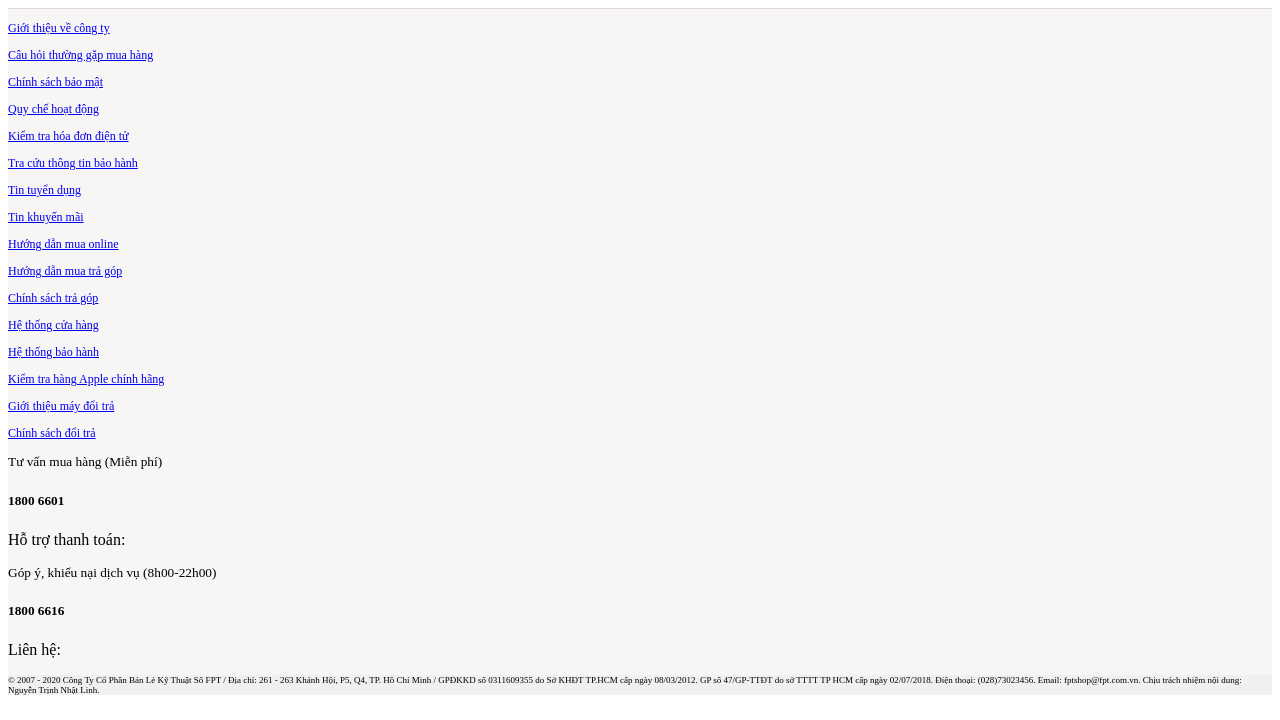
Repository: surface1999/javaweb
Page: http://localhost/BookStore/footer.jsp
These files come from the project's save history. The page is drawn as it stood at one moment and after the next save; the edit follows.
The browser window is 1280 px wide. The pictures show the whole page.
The page is served by Tomcat 9.

Above is the page before, as saved 2020-11-23 03:04:37.

After the next save:
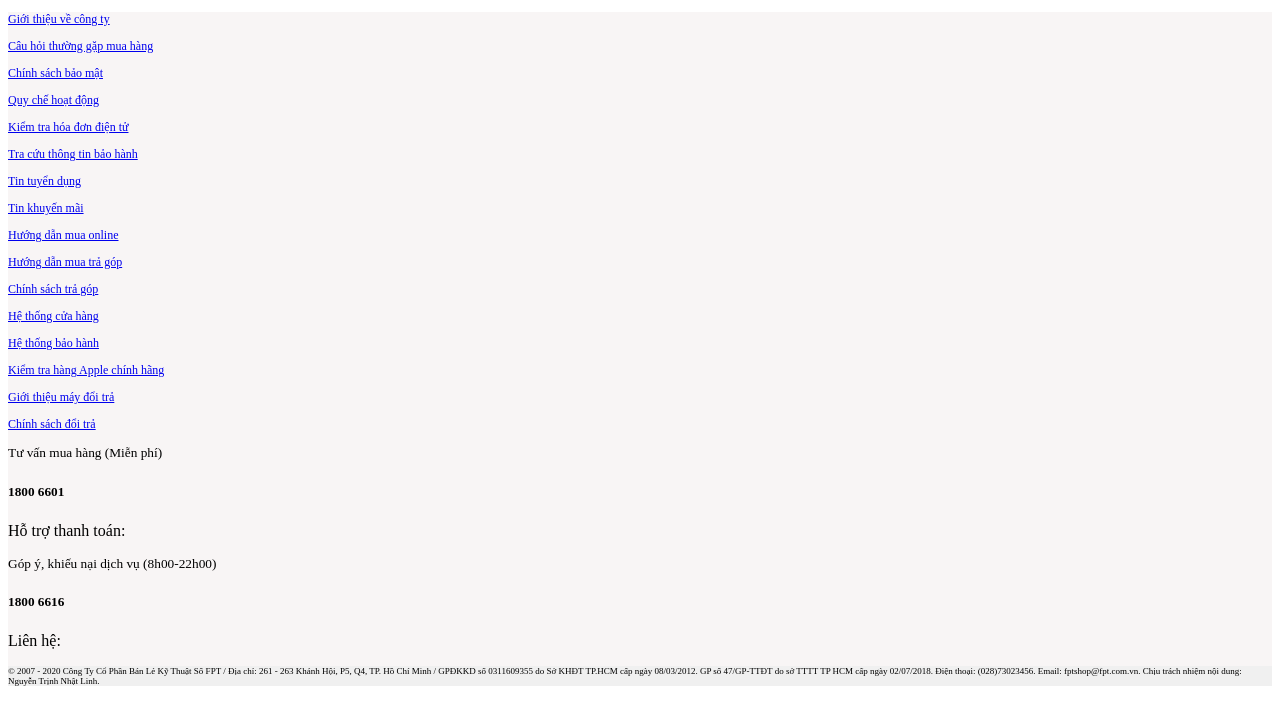
Saved 20 s later.
--- a/BookStore/WebContent/footer.jsp
+++ b/BookStore/WebContent/footer.jsp
@@ -7,7 +7,7 @@
 <title>footer</title>
 </head>
 <body>
-	<footer class="mt-4" style="border-top: solid 1px #DFD7D7; background-color: #F8F5F5">
+	<footer class="mt-4" style="background-color: #F8F5F5">
 		<div class="row">
 			<div class="col-md-2"></div>
 			<div class="col mt-4">
